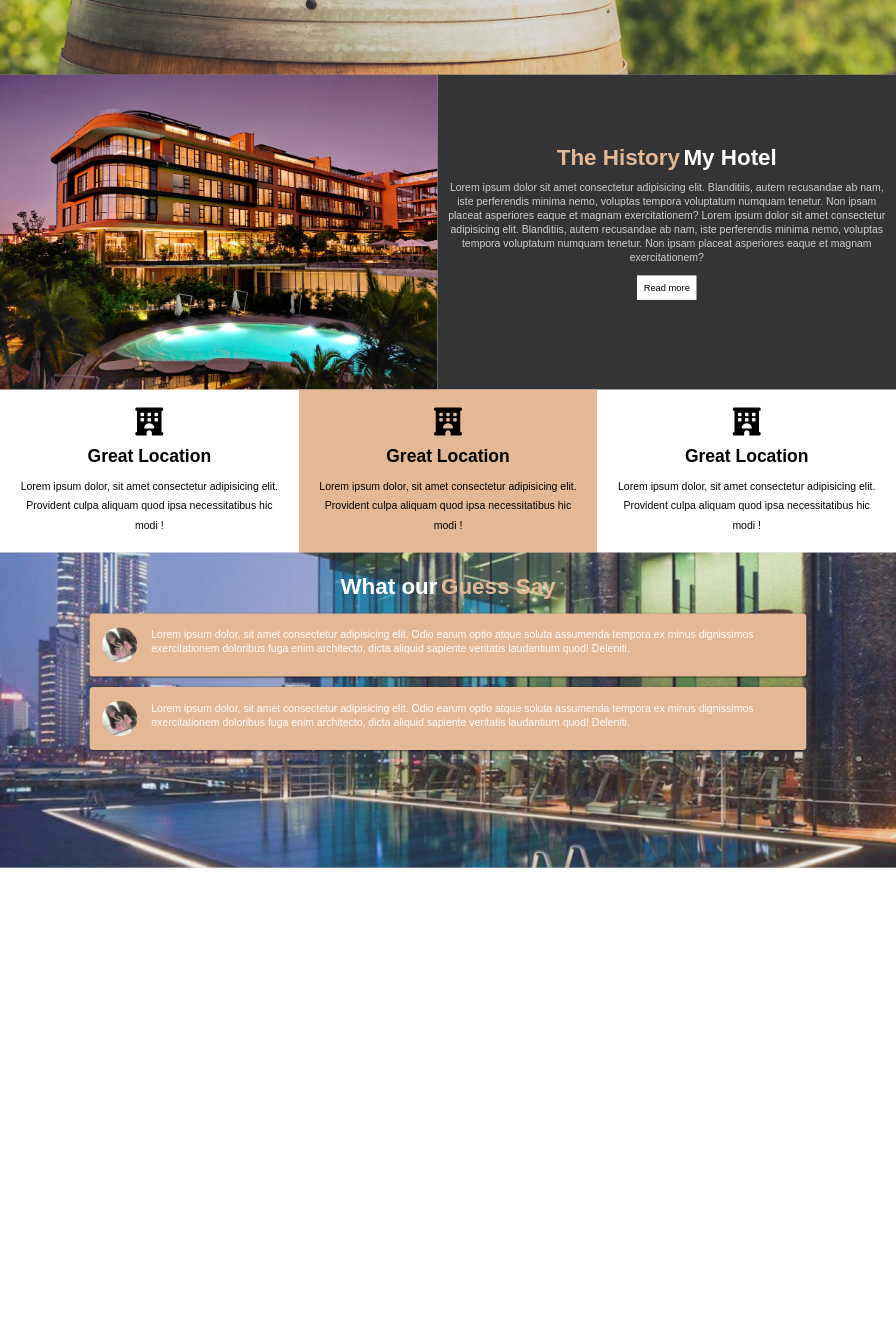
Repository: Ngoc28/HTML-CSS
Page: aleHoltel/index.html
An editor plug-in stored every save of this project. The page is shown before and after the next save, followed by the edit.
The browser window is 1280 px wide. The pictures show the part of the page from y = 498 to 2418 px (the page is 5055 px tall), at 70% of full size.

Above is the page before, as saved 2023-08-06 09:34:58.

After the next save:
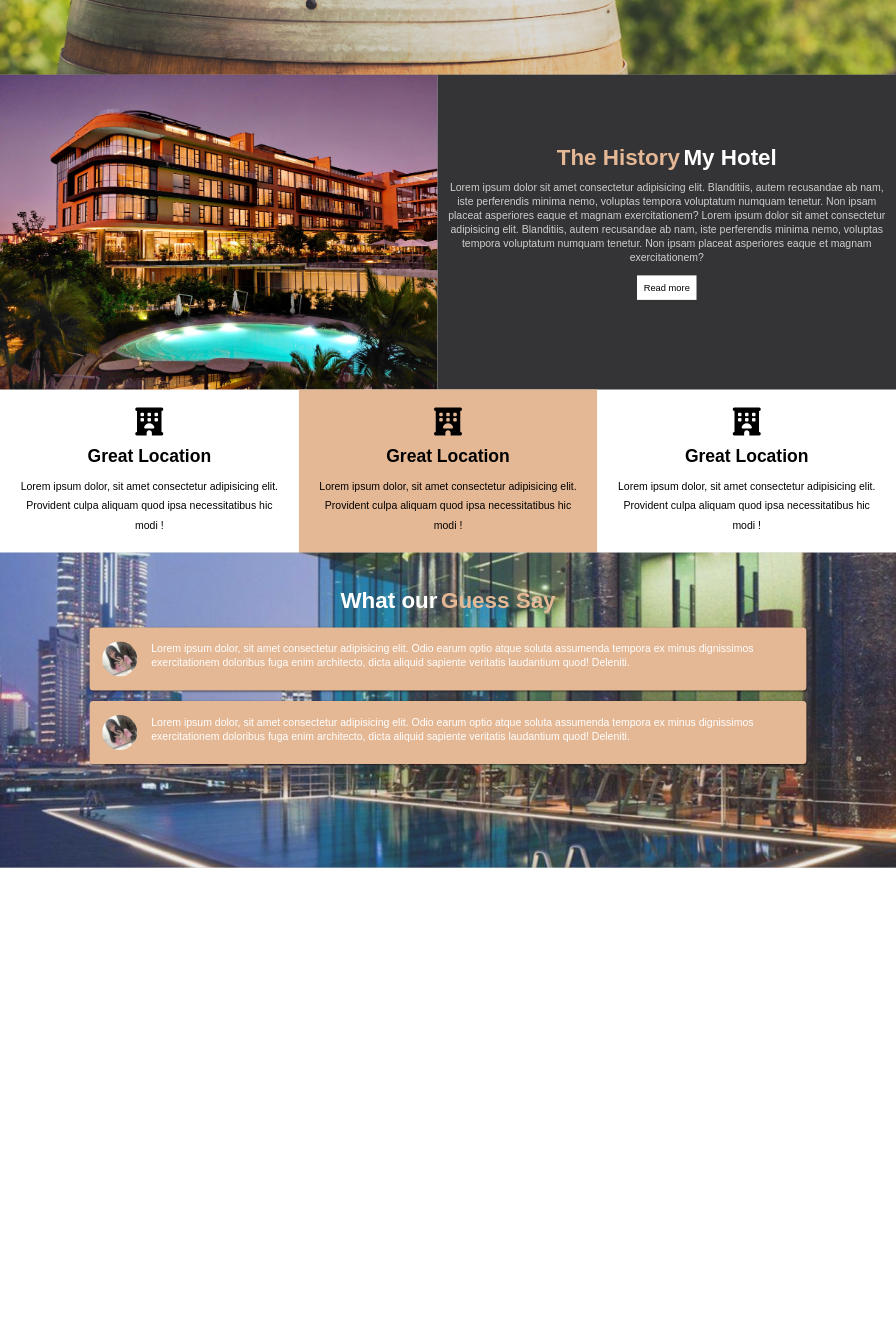
Saved 8 s later.
--- a/aleHoltel/style.css
+++ b/aleHoltel/style.css
@@ -261,7 +261,7 @@ main {
     width: 80%;
     margin: 0 auto;
     position: absolute;
-    top: 30px;
+    top: 50px;
     left: 0;
     right: 0;
 }
